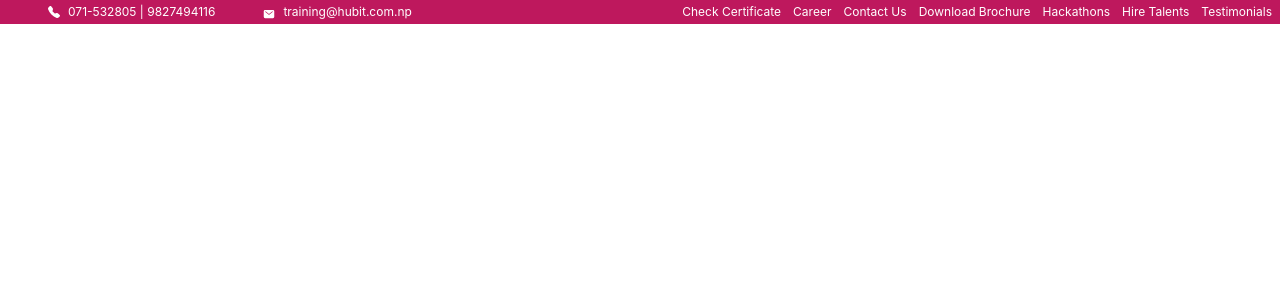
Repository: Sushant203/react-training-
Page: /
The author's editor kept a copy of each file at every save. The page is drawn from the files as they stood at one save, then again after the next save.
The browser window is 1280 px wide. The pictures show the whole page.
The project was rebuilt for these pictures with package versions that can differ from the ones it lists, and the page was loaded fresh each time. Also part of the build but not shown: src/App.css.

Above is the page before, as saved 2022-12-15 01:11:22.

After the next save:
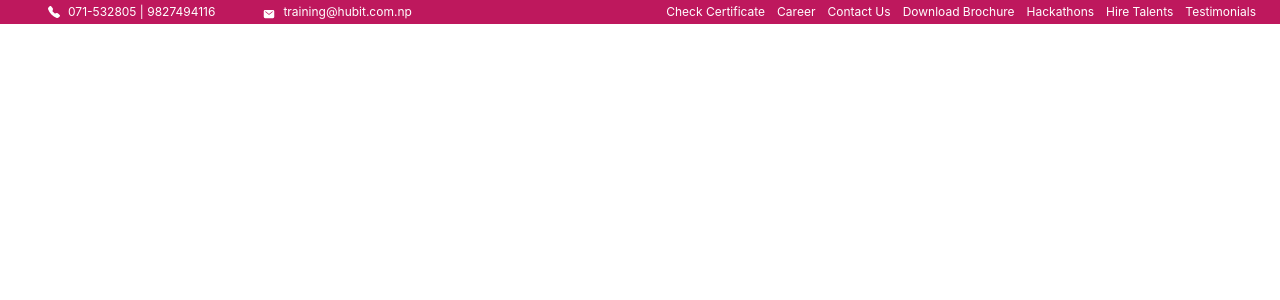
Saved 26 s later.
--- a/src/components/UpperNav.jsx
+++ b/src/components/UpperNav.jsx
@@ -17,7 +17,7 @@ const UpperNav = () => {
         </div>
 
         {/* right section */}
-        <div className="flex gap-3 items-center text-xs">
+        <div className="flex gap-3 items-center text-xs mr-4">
           <div>Check Certificate</div>
           <div>Career</div>
           <div>Contact Us</div>
